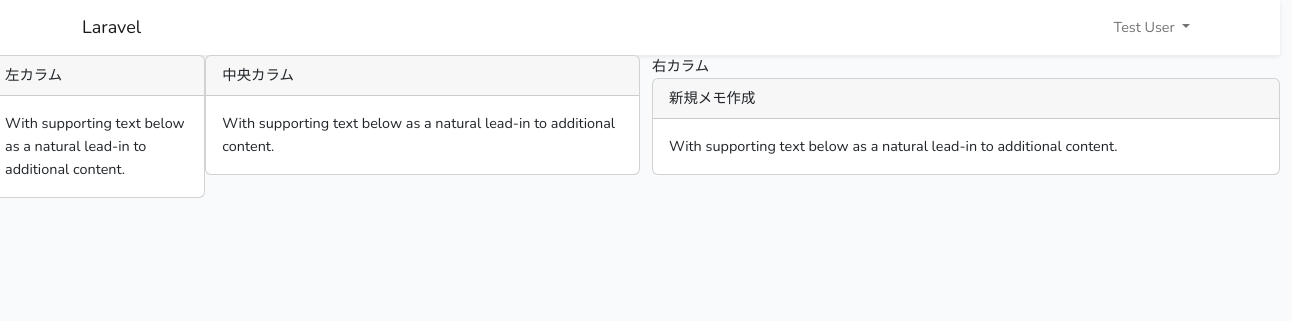
Repository: OkunoTaichi/laravel-simple-memo
Page: http://localhost/home
The author's editor kept a copy of each file at every save. The page is drawn from the files as they stood at one save, then again after the next save.
The browser window is 1280 px wide. The page is 1292 px wide, so the pictures cover 1292 px, including what lies to the right of the window. The pictures show the whole page.
The page is served by the project's Laravel application, run on PHP 8.4 with Laravel 8. A made-up administrator, Test User (test@example.com), is signed in. Queries for data that is not in the repository find no rows.

Above is the page before, as saved 2022-11-09 19:06:48.

After the next save:
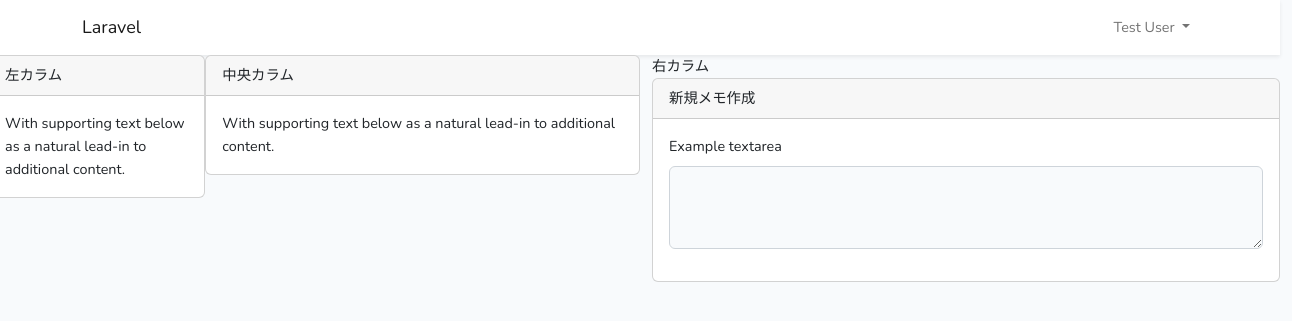
Saved 26 s later.
--- a/resources/views/create.blade.php
+++ b/resources/views/create.blade.php
@@ -4,7 +4,10 @@
 <div class="card">
     <div class="card-header">新規メモ作成</div>
     <div class="card-body">
-        <p class="card-text">With supporting text below as a natural lead-in to additional content.</p>
+    <div class="mb-3">
+  <label for="exampleFormControlTextarea1" class="form-label">Example textarea</label>
+  <textarea class="form-control" id="exampleFormControlTextarea1" rows="3"></textarea>
+</div>
     </div>
 </div>
 @endsection
